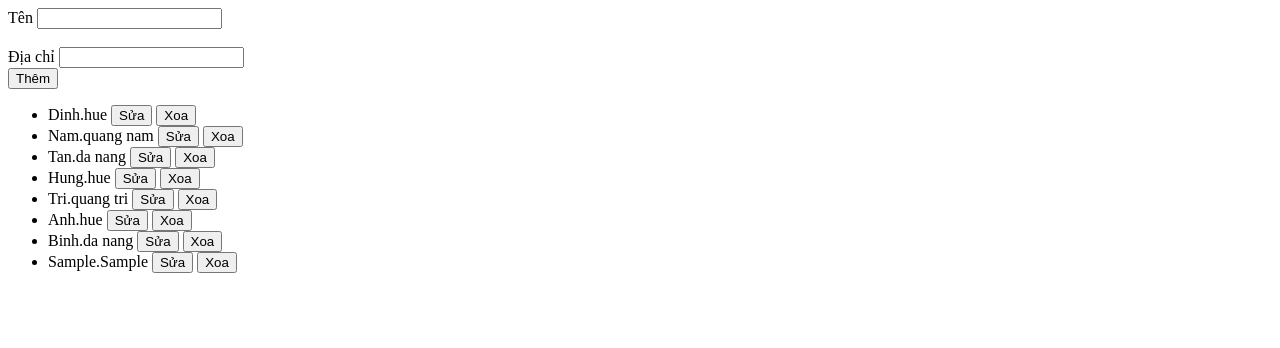
Repository: ThuatDev/NV-D-JS
Page: index.html
The author's editor kept a copy of each file at every save. The page is drawn from the files as they stood at one save, then again after the next save.
The browser window is 1280 px wide. The pictures show the whole page.
Empty fields were first filled with sample values (such as "Sample", 5 or name@example.com).
After loading, the first visible `form` was submitted once.

Above is the page before, as saved 2023-12-28 10:01:46.

### index.html
<!DOCTYPE html>
<html lang="en">
  <head>
    <meta charset="UTF-8" />
    <meta http-equiv="X-UA-Compatible" content="IE=edge" />
    <meta name="viewport" content="width=device-width, initial-scale=1.0" />
    <title>Sinh viên</title>
  </head>

  <body>
    <form>
      <div class="error-message"></div>
      <div>
        <label>Tên</label>
        <input type="text" name="name" /><br />
        <span class="form-message"></span>
      </div>
      <br />
      <div>
        <label>Địa chỉ</label>
        <input type="text" name="address" /><br />
        <span class="form-message"></span>
      </div>
      <div>
        <button id="create">Thêm</button>
        <button style="display: none" id="update">Sửa</button>
      </div>
    </form>

    <ul id="list-students"></ul>
    <script src="scrip.js"></script>
  </body>
</html>

### scrip.js
document.addEventListener("DOMContentLoaded", function () {
  const students = [
    {
      id: "1",
      name: "Dinh",
      address: "hue",
    },
    {
      id: "2",
      name: "Nam",
      address: "quang nam",
    },
    {
      id: "3",
      name: "Tan",
      address: "da nang",
    },
    {
      id: "4",
      name: "Hung",
      address: "hue",
    },
    {
      id: "5",
      name: "Tri",
      address: "quang tri",
    },
    {
      id: "6",
      name: "Anh",
      address: "hue",
    },
    {
      id: "7",
      name: "Binh",
      address: "da nang",
    },
  ];
  const form = document.querySelector("form");
  const formMessageElement = document.querySelectorAll("form-message");
  const nameInput = form.querySelector('input[name="name"]');
  const addressInput = form.querySelector('input[name="address"');
  const createButton = document.getElementById("create");
  const updateButton = document.getElementById("update");
  const lisStudents = document.getElementById("list-students");
  let currentIndex = -1;
  let isEditing = false;
  const validateInput = (name, address) =>
    name.trim() !== "" && address.trim() !== "";
  const formMessages = ["vui long nhap day du thong tin"];
  function displayStudent() {
    lisStudents.innerHTML = students
      .map(
        (student) => `
   <li>
   ${student.name}.${student.address}
   <button class ='edit' data-index="${student.id}">Sửa
   </button>
   <button class ='delete' data-index="${student.id}">Xoa
   </button>
   </li>
   `
      )
      .join("");
  }
  const addStudent = (name, address) => {
    students.push({
      id: (students.length + 1).toString(),
      name,
      address,
    });

    displayStudent();
    clearForm();
  };

  function editStudent(index) {
    const student = students.find((s) => s.id === index);
    nameInput.value = student.name;
    addressInput.value = student.address;

    currentIndex = index;
    isEditing = true;
    createButton.style.display = "none";
    updateButton.style.display = "inline";
  }
  const updateStudent = (name, address) => {
    if (currentIndex !== -1) {
      const student = students.find((s) => s.id === currentIndex);
      student.name = name;
      student.address = address;
      displayStudent();
      clearForm();
      currentIndex = -1;
      isEditing = false;
      createButton.style.display = "inline";
      updateButton.style.display = "none";
    }
  };
  const deleteStudent = (index) => {
    const studentIndex = students.findIndex((s) => s.id == index);
    students.splice(studentIndex, 1);
    displayStudent();
  };
  const clearForm = () => {
    nameInput.value = "";
    addressInput.value = "";
  };

  form.addEventListener("submit", function (event) {
    event.preventDefault();
    const name = nameInput.value.trim();
    const address = addressInput.value.trim();
    if (validateInput(name, address)) {
      isEditing ? updateStudent(name, address) : addStudent(name, address);
    } else {
      displayMessage(formMessageElement, "vui long nhap day du thong tin");
    }
  });
  lisStudents.addEventListener("click", function (event) {
    const index = event.target.dataset.index;
    event.target.classList.contains("edit")
      ? editStudent(index)
      : deleteStudent(index);
  });

  const displayMessage = (element, message) => (element.textContent = message);
  displayStudent();
});

After the next save:
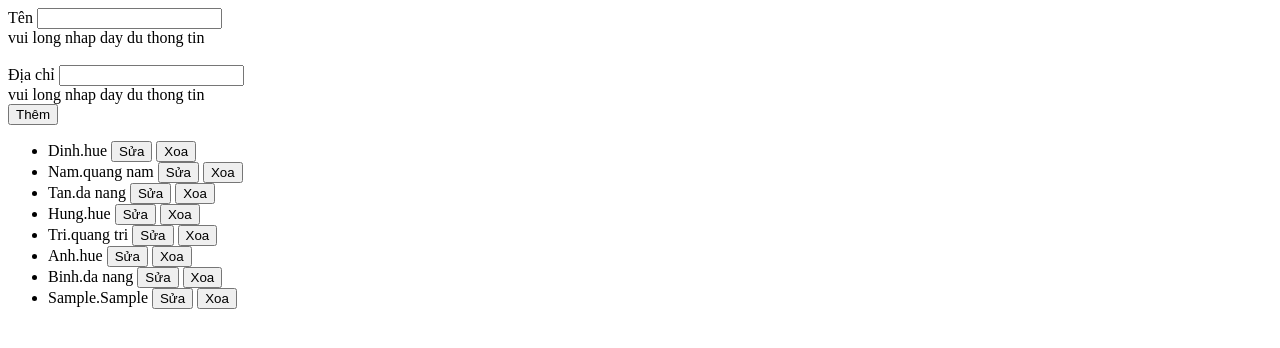
Saved 43 h 14 min later.
--- a/index.html
+++ b/index.html
@@ -5,6 +5,7 @@
     <meta http-equiv="X-UA-Compatible" content="IE=edge" />
     <meta name="viewport" content="width=device-width, initial-scale=1.0" />
     <title>Sinh viên</title>
+    <script src="https://code.jquery.com/jquery-3.6.4.min.js"></script>
   </head>
 
   <body>
@@ -29,5 +30,121 @@
 
     <ul id="list-students"></ul>
     <script src="scrip.js"></script>
+    <script>
+      $(document).ready(function () {
+        const students = [
+          { id: "1", name: "Dinh", address: "hue" },
+          { id: "2", name: "Nam", address: "quang nam" },
+          { id: "3", name: "Tan", address: "da nang" },
+          { id: "4", name: "Hung", address: "hue" },
+          { id: "5", name: "Tri", address: "quang tri" },
+          { id: "6", name: "Anh", address: "hue" },
+          { id: "7", name: "Binh", address: "da nang" },
+        ];
+
+        const form = $("form");
+        const formMessageElement = $(".form-message");
+        const nameInput = $('input[name="name"]');
+        const addressInput = $('input[name="address"]');
+        const createButton = $("#create");
+        const updateButton = $("#update");
+        const lisStudents = $("#list-students");
+        let currentIndex = -1;
+        let isEditing = false;
+
+        const validateInput = (name, address) =>
+          name.trim() !== "" && address.trim() !== "";
+
+        const formMessages = ["vui long nhap day du thong tin"];
+
+        function displayStudent() {
+          lisStudents.html(
+            students
+              .map(
+                (student) => `
+            <li>
+              ${student.name}.${student.address}
+              <button class='edit' data-index="${student.id}">Sửa</button>
+              <button class='delete' data-index="${student.id}">Xoa</button>
+            </li>
+          `
+              )
+              .join("")
+          );
+        }
+
+        const addStudent = (name, address) => {
+          students.push({
+            id: (students.length + 1).toString(),
+            name,
+            address,
+          });
+
+          displayStudent();
+          clearForm();
+        };
+
+        function editStudent(index) {
+          const student = students.find((s) => s.id === index);
+          nameInput.val(student.name);
+          addressInput.val(student.address);
+
+          currentIndex = index;
+          isEditing = true;
+          createButton.css("display", "none");
+          updateButton.css("display", "inline");
+        }
+
+        const updateStudent = (name, address) => {
+          if (currentIndex !== -1) {
+            const student = students.find((s) => s.id === currentIndex);
+            student.name = name;
+            student.address = address;
+            displayStudent();
+            clearForm();
+            currentIndex = -1;
+            isEditing = false;
+            createButton.css("display", "inline");
+            updateButton.css("display", "none");
+          }
+        };
+
+        const deleteStudent = (index) => {
+          const studentIndex = students.findIndex((s) => s.id == index);
+          students.splice(studentIndex, 1);
+          displayStudent();
+        };
+
+        const clearForm = () => {
+          nameInput.val("");
+          addressInput.val("");
+        };
+
+        form.on("submit", function (event) {
+          event.preventDefault();
+          const name = nameInput.val().trim();
+          const address = addressInput.val().trim();
+          if (validateInput(name, address)) {
+            isEditing
+              ? updateStudent(name, address)
+              : addStudent(name, address);
+          } else {
+            displayMessage(
+              formMessageElement,
+              "vui long nhap day du thong tin"
+            );
+          }
+        });
+
+        lisStudents.on("click", "button", function () {
+          const index = $(this).data("index");
+          $(this).hasClass("edit") ? editStudent(index) : deleteStudent(index);
+        });
+
+        const displayMessage = (element, message) => element.text(message);
+
+        displayStudent();
+      });
+    </script>
   </body>
 </html>
